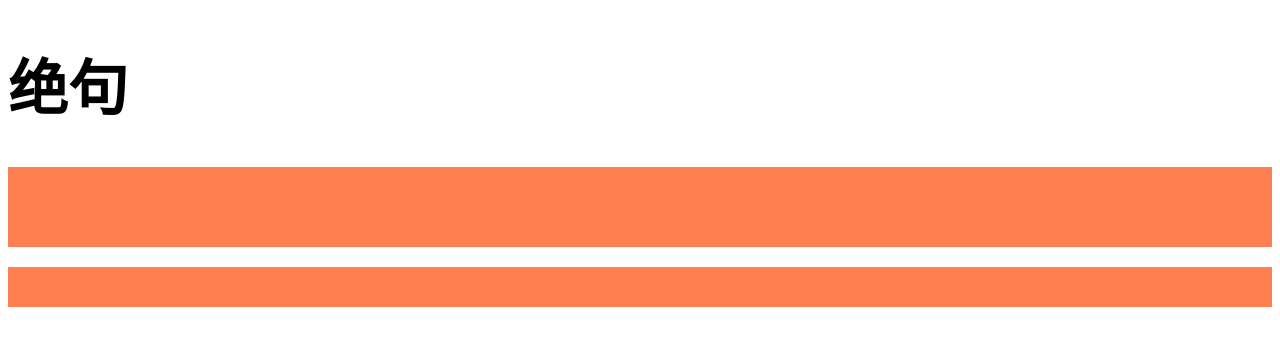
Repository: ljx1197678031/Wed-Design
Page: 01/3.html
An editor plug-in stored every save of this project. The page is shown before and after a run of saves, followed by the edit.
The browser window is 1280 px wide. The pictures show the whole page.

Above is the page before, as saved 2020-06-01 22:20:41.

After the next 2 saves:
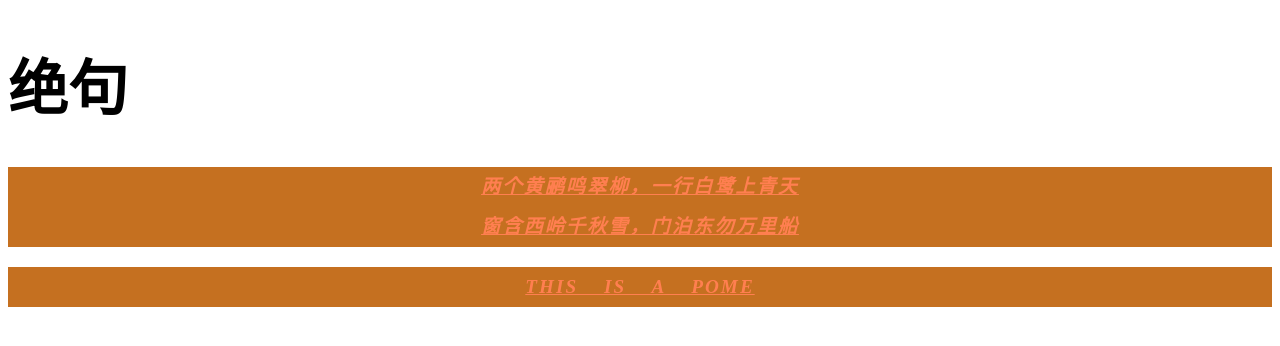
The 2 saves are shown as one change because they came seconds apart.
The last was saved 10 s later.
--- a/01/3.html
+++ b/01/3.html
@@ -21,7 +21,7 @@
             text-align: center;
             text-transform: uppercase;
             line-height: 40px;
-            background-color:coral;
+            background-color:rgb(197, 112, 32);
         }
     </style>
 </head>
